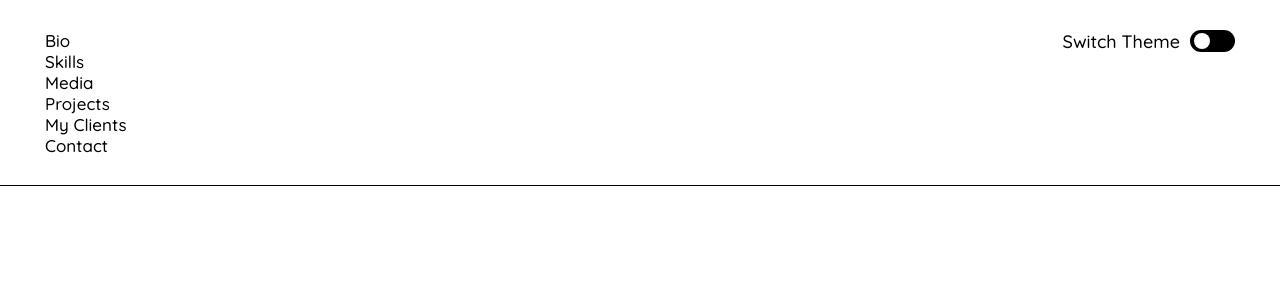
Repository: benarafa1/personal-website
Page: index.html
The author's editor kept a copy of each file at every save. The page is drawn from the files as they stood at one save, then again after the next save.
The browser window is 1280 px wide. The pictures show the whole page.

Above is the page before, as saved 2025-04-11 18:39:04.

### index.html
<!DOCTYPE html>
<html lang="en">
  <head>
    <meta charset="UTF-8" />
    <meta name="viewport" content="width=device-width, initial-scale=1.0" />
    <link rel="preconnect" href="https://fonts.googleapis.com" />
    <link rel="preconnect" href="https://fonts.gstatic.com" crossorigin />
    <link
      href="https://fonts.googleapis.com/css2?family=Quicksand:wght@300..700&
      family=Roboto:ital,wght@0,100;0,300;0,400;0,500;0,700;0,900;1,100;1,300;1,400;1,500;1,700;1,900&display=swap"
      rel="stylesheet"
    />
    <link rel="stylesheet" href="style.css" />
    <title>Amar Arafa</title>
  </head>

  <body>
    <div class="container">
      <header class="header">
        <nav class="navigation">
          <ul class="navigation__list">
            <li><a class="navigation__link" href="#">Bio</a></li>
            <li><a class="navigation__link" href="#">Skills</a></li>
            <li><a class="navigation__link" href="#">Media</a></li>
            <li><a class="navigation__link" href="#">Projects</a></li>
            <li><a class="navigation__link" href="#">My Clients</a></li>
            <li><a class="navigation__link" href="#">Contact</a></li>
          </ul>
        </nav>
        <div class="toggle">
          <h3 class="toggle__title">Switch Theme</h3>
          <input
            type="checkbox"
            name="toggle__checkbox"
            id="checkbox"
            class="toggle__checkbox"
          />
          <label for="checkbox" class="toggle__label"></label>
        </div>
      </header>
    </div>
  </body>
</html>

### style.css
:root {
  --container-width: 119rem;
  --gutter: 2rem;
  --color-black: #000;
  --color-white: #fff;
  --color-blue: #2374e1;
  --color-light-blue: #1d9bf0;
  --color-dark-blue: #0a66c2;
  --color-darker-blue: #143ce8;
  --color-red: #ff0000;
  --color-green: #03a696;
  --color-grey: #f6f6f6;
  --color-dark-green: #42959b;
  --color-background: var(--color-white);
  --color-text: var(--color-black);
  --color-box-img: var(--color-black);
  --color-link-bg: var(--color-black);
  --color-input-border: var(--color-black);
  --font-family-Roboto: "Roboto", sans-serif;
  --font-family-Quicksand: "Quicksand", sans-serif;
  --font-weight-regular: 400;
  --font-weight-medium: 500;
  --font-weight-semi-bold: 600;
  --font-weight-bold: 700;
  --font-size-70: 7rem;
  --font-size-65: 6.5rem;
  --font-size-40: 4rem;
  --font-size-38: 3.8rem;
  --font-size-24: 2.4rem;
  --font-size-22: 2.2rem;
  --font-size-20: 2rem;
  --font-size-18: 1.8rem;
  --font-size-15: 1.5rem;
  --transition-timing: 0.3s;
}

/* start CSS Reset */
*,
*::before,
*::after {
  box-sizing: border-box;
  margin: 0;
  padding: 0;
  font: inherit;
}

a {
  color: inherit;
  display: inline-block;
}

button {
  background-color: transparent;
  border: none;
  cursor: pointer;
}

ul,
ol {
  list-style: none;
}
/* end CSS Reset */

body {
  font-size: 1.6rem;
  font-family: var(--font-family-Quicksand);
}

html {
  font-size: 62.5%;
  scroll-behavior: smooth;
  scroll-padding-top: 11rem;
}

.container {
  margin: 0 auto;
  width: var(--container-width);
}

.navigatoin__list {
  display: flex;
  gap: 2rem;
}
.navigation__link:link,
.navigation__link:visited {
  font-weight: var(--font-weight-medium);
  text-decoration: none;
  font-size: 1.7rem;
}

.navigation__link:hover,
.navigation__link:active {
  text-decoration: underline;
}

.header {
  position: relative;
  padding: 3rem 0;
  display: flex;
  justify-content: center;
}
.header::before {
  content: "";
  position: absolute;
  height: 100%;
  width: 100vw;
  top: 0;
  z-index: -1;
  border-bottom: 0.1rem solid var(--color-input-border);
}

/* toggle start */
.toggle {
  display: flex;
  gap: 1rem;
  margin-left: auto;
}
.toggle__title {
  font-weight: var(--font-weight-medium);
  font-size: var(--font-size-18);
}
.toggle__checkbox {
  display: none;
}

.toggle__label {
  display: block;
  width: 4.5rem;
  height: 2.2rem;
  border-radius: 1.5rem;
  background-color: var(--color-black);
  cursor: pointer;
  padding: 0.3rem 0.4rem;
  transition: var(--transition-timing);
}

.toggle__label::before {
  content: "";
  display: block;
  width: 1.6rem;
  height: 1.6rem;
  border-radius: 50%;
  background-color: var(--color-white);
  transition: var(--transition-timing);
}

.toggle__checkbox:checked + .toggle__label {
  background-color: var(--color-white);
}
.toggle__checkbox:checked + .toggle__label::before {
  background-color: var(--color-black);
  transform: translateX(2.1rem);
}

/* toggle end */

After the next save:
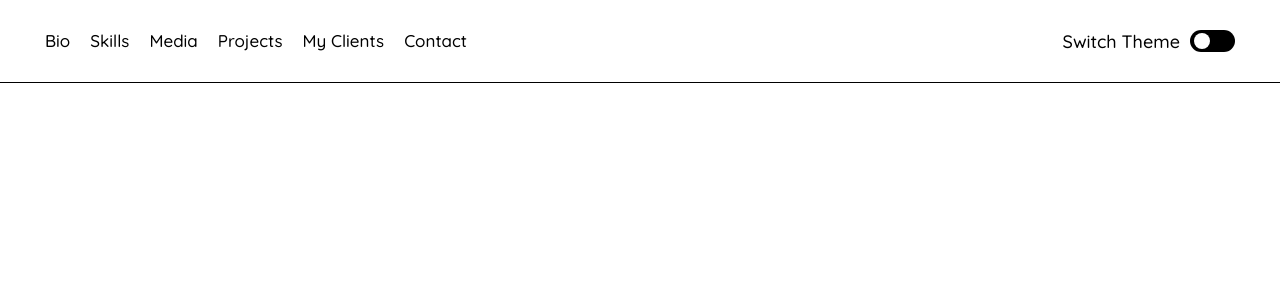
Saved 37 s later.
--- a/style.css
+++ b/style.css
@@ -77,7 +77,7 @@ html {
   width: var(--container-width);
 }
 
-.navigatoin__list {
+.navigation__list {
   display: flex;
   gap: 2rem;
 }
